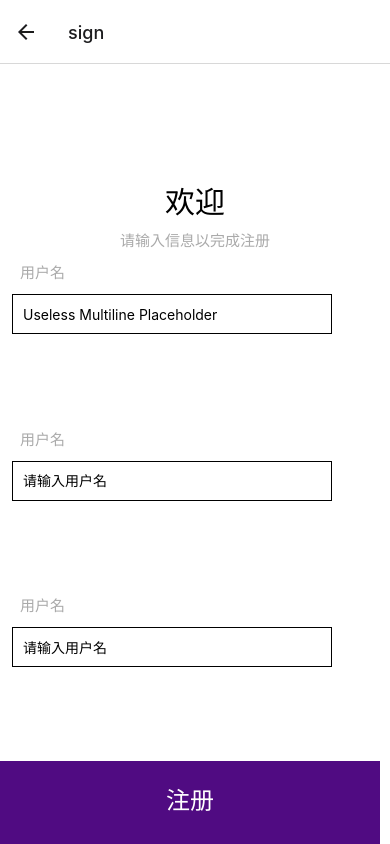
Repository: eyebone/barManager
Page: /sign
These files come from the project's save history. The page is drawn as it stood at one moment and after the next save; the edit follows.
The browser window is 390 px wide. The pictures show the whole page.
The app was drawn by React Native's web renderer in a window 390 px wide. The project was rebuilt for these pictures with package versions that can differ from the ones it lists, and the page was loaded fresh each time. Also part of the build but not shown: components/EmojiPicker.js, components/Button.js, components/ImageViewer.js, components/circleButton.js, components/IconButton.js, view/ViewOne.js.

Above is the page before, as saved 2023-06-26 10:41:13.

### App.js
// In App.js in a new project

import * as React from 'react';
import { Button, View, Text } from 'react-native';
import { NavigationContainer } from '@react-navigation/native';
import { createNativeStackNavigator } from '@react-navigation/native-stack';
import { ViewOne } from './view/ViewOne';
import { SignView } from './view/Sign';
//
function HomeScreen({ navigation }) {
  return (
    <View style={{ flex: 1, alignItems: 'center', justifyContent: 'center' }}>
      <Text>Home Screen</Text>
      <Button
        title="Go to Details"
        onPress={() => navigation.navigate('test')}
      />
      <Button
              title="Go to Sign"
              onPress={() => navigation.navigate('sign')}
            />
    </View>
  );
}

function DetailsScreen() {
  return (
    <View style={{ flex: 1, alignItems: 'center', justifyContent: 'center' }}>
      <Text>Details Screen</Text>
    </View>
  );
}

const Stack = createNativeStackNavigator();

function App() {
  return (
    <NavigationContainer>
      <Stack.Navigator>
        <Stack.Screen name="Home"
        component={HomeScreen} />
         <Stack.Screen name="test"
          component={ViewOne} />
          <Stack.Screen name="sign"
                    component={SignView} />
        </Stack.Navigator>
    </NavigationContainer>
  );
}

export default App;

### view/Sign.js
import { StatusBar } from "expo-status-bar";
import { StyleSheet, View, Text } from "react-native";
import Button from "../components/Button";
import ImageViewer from "../components/ImageViewer";
import * as ImagePicker from "expo-image-picker";
import { useState } from "react";
const PlaceholderImage = require("../assets/images/background-image.png");
import * as React from "react";
import {
  FlatList,
  Image,
  Platform,
  Pressable,
  PixelRatio,
  TextInput,
} from "react-native";

//import {Text } from 'react-native';

export function SignView() {
  const [value, onChangeText] = React.useState("Useless Multiline Placeholder");

  return (
    <View style={styles.container}>
      {/* <Image source={require("../assets/bar/Back.png")} /> */}
      <View style={styles.welcomeContainer}>
        <Text style={styles.welcomeText} numberOfLines={1}>
          欢迎
        </Text>
        <Text style={styles.infoText}>请输入信息以完成注册</Text>
      </View>
      <View style={styles.inputBar}>
        <Text style={styles.smallText}>用户名</Text>
        <TextInput
          maxLength={40}
          onChangeText={(text) => onChangeText(text)}
          value={value}
          style={styles.input}
          placeholder="请输入用户名"
          //          onChangeText={onChange}
        />
      </View>
      <View style={styles.inputBar}>
        <Text style={styles.smallText}>用户名</Text>
        <TextInput
          style={styles.input}
          placeholder="请输入用户名"
          //          onChangeText={onChange}
        />
      </View>
      <View style={styles.inputBar}>
        <Text editable style={styles.smallText}>
          用户名
        </Text>
        <TextInput
          style={styles.input}
          placeholder="请输入用户名"
          //          onChangeText={onChange}
        />
      </View>
      <View style={styles.footerContainer}>
        <Text style={styles.regText}>注册</Text>
      </View>
    </View>
  );
}

const styles = StyleSheet.create({
  container: {
    flex: 1,
    flexDirection: "column",
    backgroundColor: "#fff",
    //    alignItems: 'center',
  },
  welcomeContainer: {
    flex: 1,
    backgroundColor: "#fff",
    alignItems: "center",
    marginTop: 114,
    height: 60,
  },
  welcomeText: {
    fontSize: PixelRatio.getFontScale() * 30,
    //    fontFamily: STKaiti,
  },
  infoText: {
    color: "#aaa",
    fontSize: PixelRatio.getFontScale() * 15,
    lineHeight: 38,
  },
  imageContainer: {
    flex: 1,
    paddingTop: 58,
  },
  smallText: {
    fontSize: PixelRatio.getFontScale() * 15,
    color: "#aaa",
    marginLeft: 20,
  },
  footerContainer: {
    flex: 1,
    alignItems: "center",
    backgroundColor: "#500B82",
    width: 380,
    height: 57,
    bottom: 0,
    //      marginTop: 600,
    //      paddingTop: 737,
  },
  inputBar: {
    flex: 2,
    // borderBottomColor: "#000",
    // borderBottomWidth: 1,
  },
  regText: {
    fontSize: PixelRatio.getFontScale() * 24,
    color: "#fff",
    margin: 20,
  },
  input: {
    height: 40,
    margin: 12,
    borderWidth: 1,
    padding: 10,
    width: 320,
  },
});

After the next save:
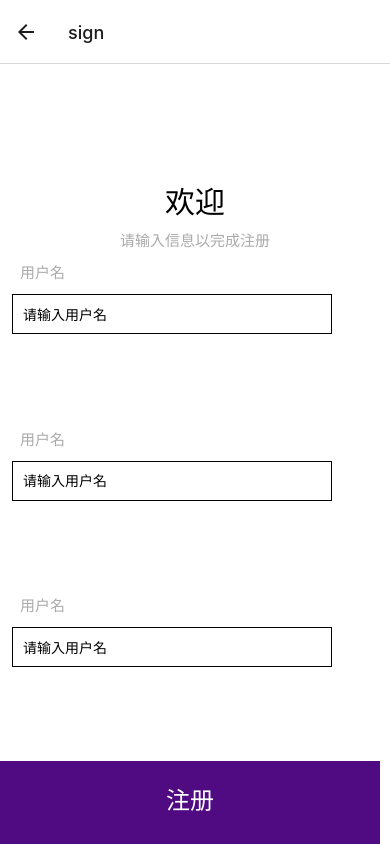
Saved 20 min 58 s later.
--- a/view/Sign.js
+++ b/view/Sign.js
@@ -18,7 +18,7 @@ import {
 //import {Text } from 'react-native';
 
 export function SignView() {
-  const [value, onChangeText] = React.useState("Useless Multiline Placeholder");
+  const [value, onChangeText] = React.useState("");
 
   return (
     <View style={styles.container}>
